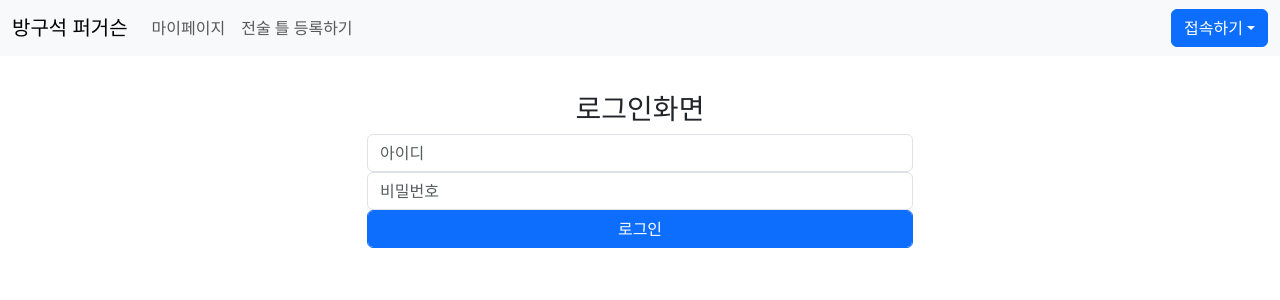
Repository: jiiiiiw/Spring-BBS
Page: http://localhost/BBS/main.jsp
The author's editor kept a copy of each file at every save. The page is drawn from the files as they stood at one save, then again after the next save.
The browser window is 1280 px wide. The pictures show the whole page.
The page is served by Tomcat 9.

Above is the page before, as saved 2024-01-25 07:11:49.

After the next save:
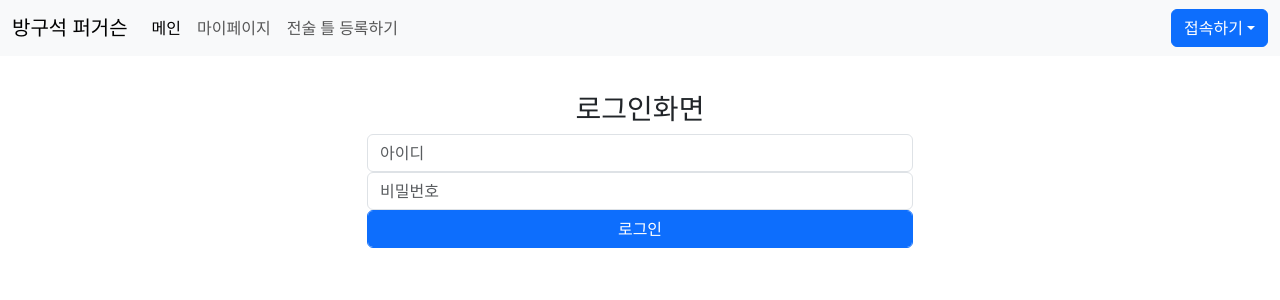
Saved 7 min 32 s later.
--- a/BBS/src/main/webapp/main.jsp
+++ b/BBS/src/main/webapp/main.jsp
@@ -35,6 +35,7 @@
 			<!-- Navbar 링크 및 폼 -->
 			<div class="collapse navbar-collapse" id="navbarNav">
 				<ul class="navbar-nav me-auto">
+					<li class="nav-item"><a class="active nav-link" href="main.jsp">메인</a></li>
 					<li class="nav-item"><a class="nav-link" href="#">마이페이지</a></li>
 					<li class="nav-item"><a class="nav-link" href="#">전술 틀
 							등록하기</a></li>
@@ -47,7 +48,7 @@
 					aria-haspopup="true" aria-expanded="false">접속하기</button>
 				<div class="dropdown-menu" aria-labelledby="dropdownMenuButton">
 
-					<a class="active dropdown-item" href="login.jsp">로그인</a> <a
+					<a class="dropdown-item" href="login.jsp">로그인</a> <a
 						class="dropdown-item" href="join.jsp">회원가입</a>
 					<!-- 원하는 만큼 드롭다운 메뉴 항목 추가 -->
 				</div>
